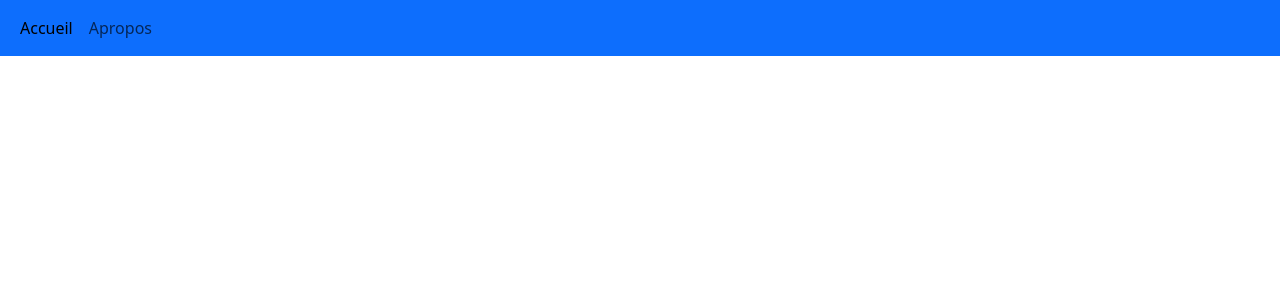
Repository: SKB-TECH/MinProject
Page: IHM/pageIntrouvable.html
An editor plug-in stored every save of this project. The page is shown before and after a run of saves, followed by the edit.
The browser window is 1280 px wide. The pictures show the whole page.
Some web libraries are served in a nearby version.

Above is the page before, as saved 2022-09-29 15:36:16.

### IHM/pageIntrouvable.html
<!DOCTYPE html>
<html lang="en">
<head>
    <meta charset="UTF-8">
    <meta http-equiv="X-UA-Compatible" content="IE=edge">
    <meta name="viewport" content="width=device-width, initial-scale=1.0">
    <link
    rel="stylesheet"
    href="../node_modules/bootstrap/dist/css/bootstrap.min.css"
  />
    <title>PageNotFound</title>
</head>
<body>

    <header>
        <nav class="navbar navbar-expand-sm bg-primary navbar-success">
          <div class="container-fluid">
            <ul class="navbar-nav">
              <li class="nav-item">
                <a class="nav-link active" href="#">Accueil</a>
              </li>
              <li class="nav-item">
                <a class="nav-link" href="#">Apropos</a>
              </li>
            </ul>
          </div>
        </nav>
      </header>
   <section>
        <div style="width: 50%; margin:auto;">

        </div>
   </section>
</body>
</html>

After the next 2 saves:
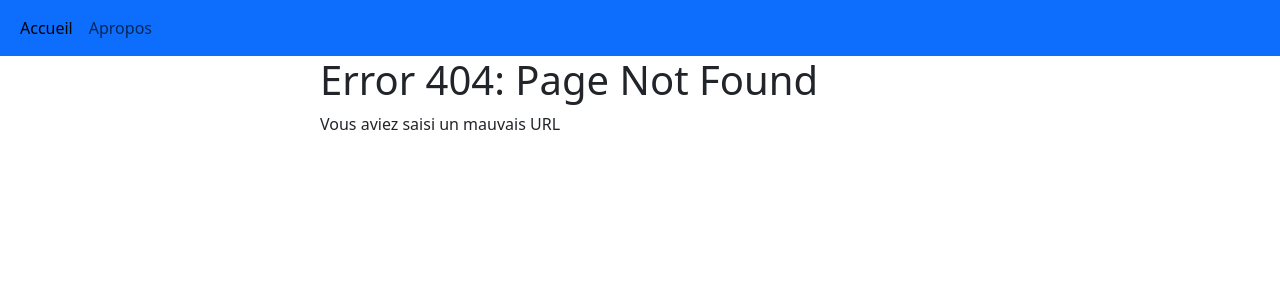
The 2 saves are shown as one change because they came seconds apart.
The last was saved 14 s later.
--- a/IHM/pageIntrouvable.html
+++ b/IHM/pageIntrouvable.html
@@ -28,7 +28,10 @@
       </header>
    <section>
         <div style="width: 50%; margin:auto;">
-
+            <h1>Error 404: Page Not Found</h1>
+        <p>
+            Vous aviez saisi un mauvais URL
+        </p>
         </div>
    </section>
 </body>
